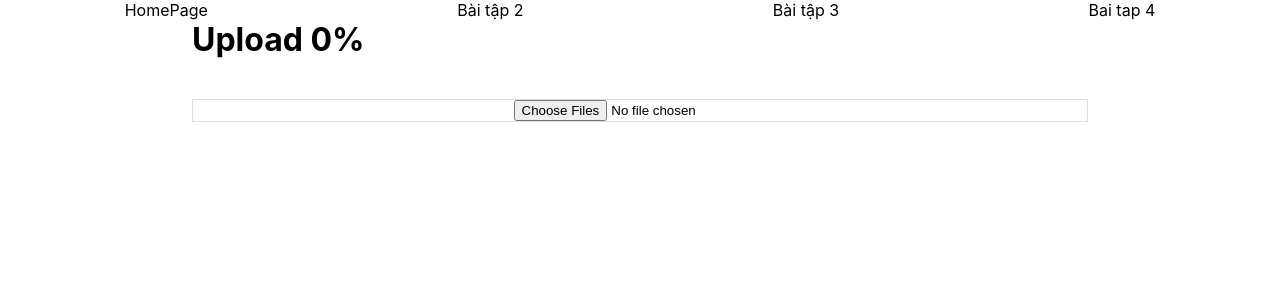
Repository: tungdau93/Training-ReactJS
Page: /bai-tap-3
The author's editor kept a copy of each file at every save. The page is drawn from the files as they stood at one save, then again after a run of saves.
The browser window is 1280 px wide. The pictures show the whole page.
The project was rebuilt for these pictures with package versions that can differ from the ones it lists, and the page was loaded fresh each time. Also part of the build but not shown: src/App.css, src/hooks/useClickOutside.js, src/Assignments/BaiTap2.jsx, src/Assignments/HomePage.jsx.

Above is the page before, as saved 2022-10-03 10:38:34.

After the next 2 saves:
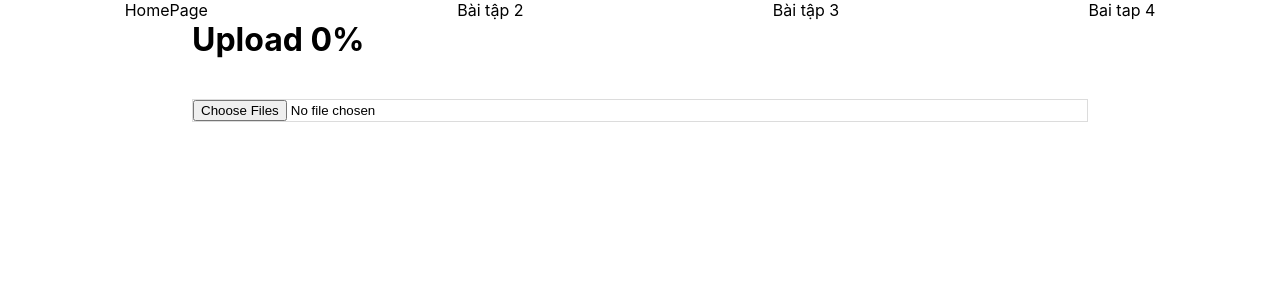
The 2 saves are shown as one change because they came seconds apart.
The last was saved 13 s later.
--- a/src/style/_bai-tap-3.scss
+++ b/src/style/_bai-tap-3.scss
@@ -253,5 +253,9 @@
     margin-top: 40px;
     border: 1px solid #dcdcdc;
     // padding: 60px;
+
+    .input-files {
+      width: 100%;
+    }
   }
 }
